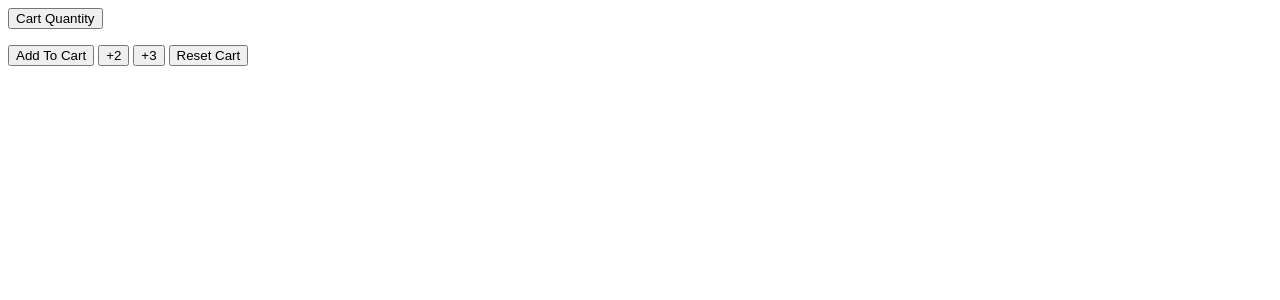
Repository: EguJaredoBoyd/Jared-Learning-Projects
Page: javascript-tutorial.html
The author's editor kept a copy of each file at every save. The page is drawn from the files as they stood at one save, then again after the next save.
The browser window is 1280 px wide. The pictures show the whole page.

Above is the page before, as saved 2025-06-26 23:00:06.

After the next save:
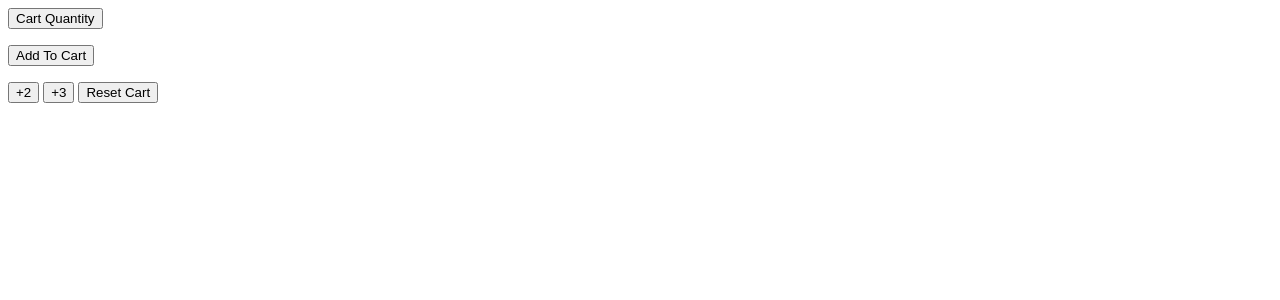
Saved 3 min 46 s later.
--- a/javascript-tutorial.html
+++ b/javascript-tutorial.html
@@ -9,8 +9,9 @@
 <body>
     <button onclick="cartDisplay()">Cart Quantity</button>
     <p id="cart-quantity"></p>
-    <button onclick="cartQuantity = cartQuantity + 1;
-    console.log(cartQuantity)">Add To Cart</button>
+    <button onclick="addCart;
+    cartDisplay()">Add To Cart</button>
+    <p id="add-cart"></p>
     <button>+2</button>
     <button>+3</button>
     <button>Reset Cart</button>

After the 4 saves that followed:
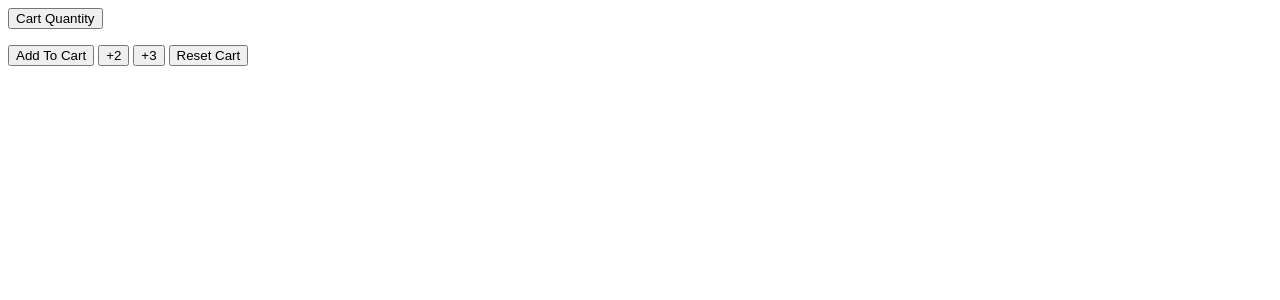
The 4 saves are shown as one change because 3 left the picture as it was.
The last was saved 9 min 41 s later.
--- a/javascript-tutorial.html
+++ b/javascript-tutorial.html
@@ -9,10 +9,9 @@
 <body>
     <button onclick="cartDisplay()">Cart Quantity</button>
     <p id="cart-quantity"></p>
-    <button onclick="addCart;
+    <button onclick="addCart();
     cartDisplay()">Add To Cart</button>
-    <p id="add-cart"></p>
-    <button>+2</button>
+    <button onclick="">+2</button>
     <button>+3</button>
     <button>Reset Cart</button>
 </body>
--- a/javacript-tutorial.js
+++ b/javacript-tutorial.js
@@ -4,4 +4,22 @@
 
 
 
-}
+};
+
+function addCart(){
+    cartQuantity = cartQuantity + 1;
+};
+
+function addCart2(){
+    cartQuantity += 2;
+};
+
+function addCart3(){
+    cartQuantity += 3;
+};
+
+function cartReset(){
+    alert("Cart has been reset");
+    cartQuantity = 0;
+
+};
